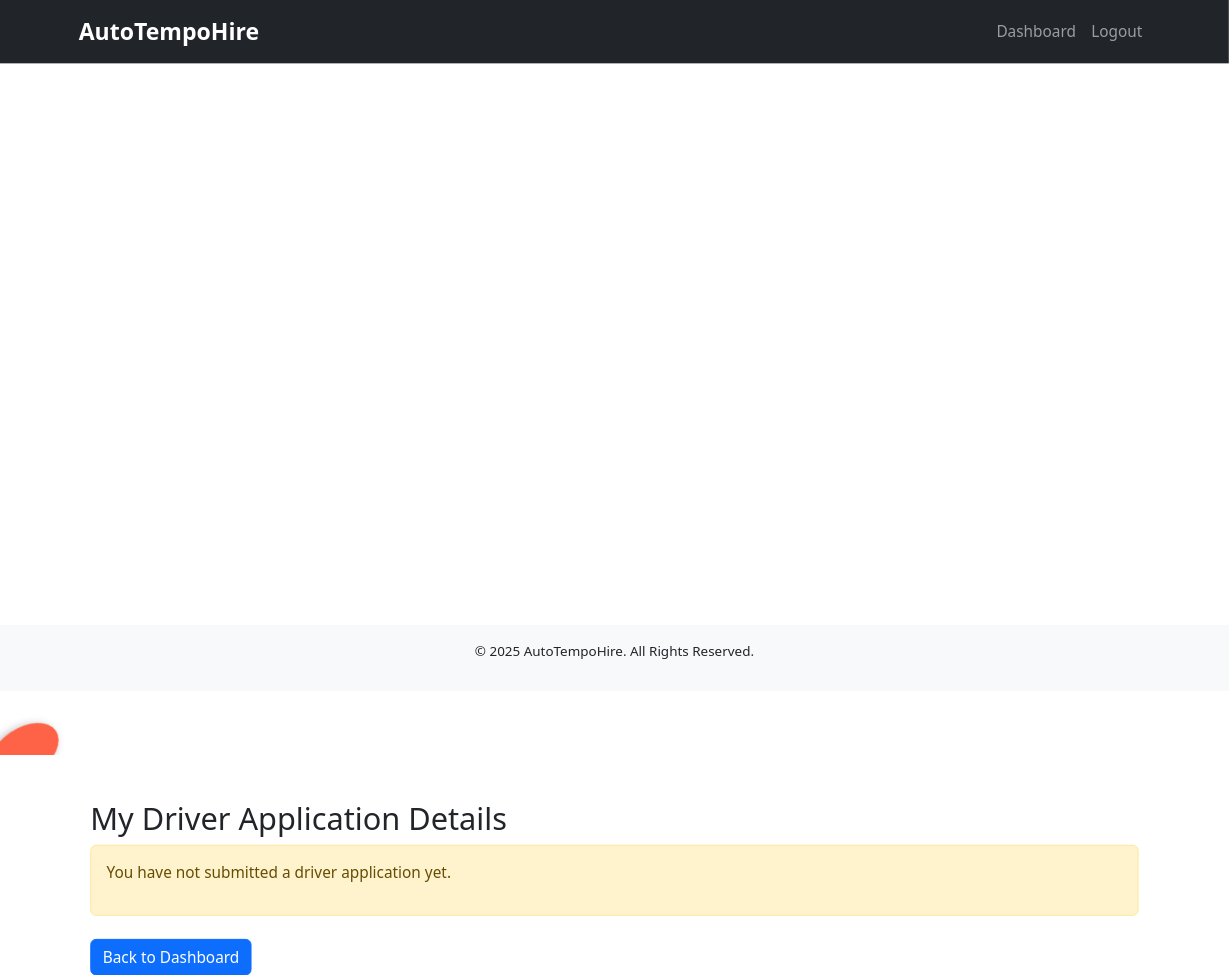
Repository: Wuda2000/AI-TEMPORARY-DRIVER-HIRE
Page: auth_app/templates/auth_app/view_driver_application.html
The author's editor kept a copy of each file at every save. The page is drawn from the files as they stood at one save, then again after the next save.
The browser window is 1280 px wide. The pictures show the whole page, at 96% of full size.
The template is drawn by Django 5.2. The application's start-up code is not run. Other server files are loaded and not shown. The template is opened directly, without the code that normally fills it, so the values that code supplies are empty.

Above is the page before, as saved 2025-04-01 15:11:31.

### auth_app/templates/auth_app/view_driver_application.html
{% extends "auth_app/base.html" %}
{% block content %}
<div class="container mt-5">
    <h2>My Driver Application Details</h2>

    {% if application %}
        <div class="card shadow-sm p-4 mt-4">
            <h4>Application Details</h4>
            <p><strong>First Name:</strong> {{ application.first_name }}</p>
            <p><strong>Surname:</strong> {{ application.surname }}</p>
            <p><strong>Age:</strong> {{ application.age }}</p>
{% load static %}
<p><strong>Years of Experience:</strong> {{ application.experience_years }}</p>

            <h4>Uploaded Documents:</h4>
            <ul>
                <li><strong>KCSE Certificate:</strong> <a href="{{ application.kcse_certificate.url }}" target="_blank" rel="noopener noreferrer">View File</a></li>
                <li><strong>Certificate of Good Conduct:</strong> <a href="{{ application.good_conduct.url }}" target="_blank" rel="noopener noreferrer">View File</a></li>
                <li><strong>Driver License Number:</strong> <a href="{{ application.license_number }} "target="_blank" rel="noopener noreferrer">View File</a></li>
                <li><strong>Cover Letter: </strong> <a href="{{ application.cover_letter.url }}" target="_blank" rel="noopener noreferrer">View File</a></li>
                <li><strong>CV:</strong> <a href="{{ application.cv.url }}" target="_blank" rel="noopener noreferrer">View File</a></li>
            </ul>
        </div>
    {% else %}
        <div class="alert alert-warning">
            <p>You have not submitted a driver application yet.</p>
        </div>
    {% endif %}

    <div class="mt-4">
        <a href="{% url 'dashboard' %}" class="btn btn-primary">Back to Dashboard</a>
    </div>
</div>

{% if application %}
    <h4>Application Status: <strong>{{ application.status }}</strong></h4>
    {% if application.status == "Pending" %}
        <p class="text-warning">Your application is under review.</p>
    {% elif application.status == "Approved" %}
        <p class="text-success">Congratulations! You are now a verified driver.</p>
    {% else %}
        <p class="text-danger">Your application was rejected. Contact support for details.</p>
    {% endif %}
{% endif %}

{% endblock %}

### auth_app/templates/auth_app/base.html
<!DOCTYPE html>
<html lang="en">
<head>
    <meta charset="UTF-8">
    <meta name="viewport" content="width=device-width, initial-scale=1.0">
    <title>AutoTempoHire</title>
    <link rel="stylesheet" href="https://cdn.jsdelivr.net/npm/bootstrap@5.3.0/dist/css/bootstrap.min.css">
    <style>
        /* Navbar Styling */
        .navbar {
            min-height: 56px;
            padding: 10px 20px;
        }

        .navbar-brand {
            font-size: 1.5rem;
            font-weight: bold;
        }

        .nav-link {
            font-size: 1rem;
            transition: color 0.3s ease-in-out;
        }

        .nav-link:hover {
            color: #f8f9fa !important;
        }

        .active {
            font-weight: bold;
            color: #f8f9fa !important;
        }

        /* Footer */
        footer {
            background: #f8f9fa;
            padding: 10px;
            text-align: center;
            font-size: 14px;
            margin-top: 50px;
            position: fixed;
            bottom: 0;
            width: 100%;
        }

        /* Balloon Effect */
        .balloon {
            position: absolute;
            bottom: -150px;
            animation: rise 15s ease-in infinite;
            width: 50px;
            height: 80px;
            border-radius: 50%;
            box-shadow: 0 4px 10px rgba(0, 0, 0, 0.3);
        }

        .balloon::before {
            content: '';
            position: absolute;
            bottom: -10px;
            left: 50%;
            transform: translateX(-50%);
            width: 2px;
            height: 20px;
            background-color: #000;
        }

        /* Animation for rising balloons */
        @keyframes rise {
            0% {
                transform: translateX(0) rotate(0deg);
            }
            100% {
                transform: translateY(-100vh) rotate(360deg);
            }
        }

        /* Different colors for balloons */
        .balloon-1 { background-color: #ff6347; animation-delay: 0s; }
        .balloon-2 { background-color: #ffeb3b; animation-delay: 2s; }
        .balloon-3 { background-color: #32cd32; animation-delay: 4s; }
        .balloon-4 { background-color: #1e90ff; animation-delay: 6s; }
        .balloon-5 { background-color: #8a2be2; animation-delay: 8s; }
        .balloon-6 { background-color: #ff1493; animation-delay: 10s; }
        .balloon-7 { background-color: #f0e68c; animation-delay: 12s; }

        /* Container for balloons */
        .balloon-container {
            position: relative;
            height: 100vh;
            overflow: hidden;
        }
    </style>
</head>
<body>
    <nav class="navbar navbar-expand-lg navbar-dark bg-dark">
        <div class="container">
            <a class="navbar-brand" href="{% url 'dashboard' %}">AutoTempoHire</a>
            <button class="navbar-toggler" type="button" data-bs-toggle="collapse" data-bs-target="#navbarNav" aria-controls="navbarNav" aria-expanded="false" aria-label="Toggle navigation">
                <span class="navbar-toggler-icon"></span>
            </button>
            <div class="collapse navbar-collapse" id="navbarNav">
                <ul class="navbar-nav ms-auto">
                    <li class="nav-item">
                        <a class="nav-link {% if request.path == '/' %}active{% endif %}" href="{% url 'dashboard' %}">Dashboard</a>
                    </li>
                    <li class="nav-item">
                        <a class="nav-link {% if request.path == '/logout/' %}active{% endif %}" href="{% url 'logout' %}">Logout</a>
                    </li>
                </ul>
            </div>
        </div>
    </nav>

    <!-- Balloon Container -->
    <div class="balloon-container">
        <div class="balloon balloon-1"></div>
        <div class="balloon balloon-2"></div>
        <div class="balloon balloon-3"></div>
        <div class="balloon balloon-4"></div>
        <div class="balloon balloon-5"></div>
        <div class="balloon balloon-6"></div>
        <div class="balloon balloon-7"></div>
    </div>

    <div class="container mt-4">
        {% block content %}
        <!-- Page-specific content will go here -->
        {% endblock %}
    </div>

    <footer class="text-center mt-5 py-3 bg-light">
        <p>&copy; 2025 AutoTempoHire. All Rights Reserved.</p>
    </footer>

    <script src="https://cdn.jsdelivr.net/npm/bootstrap@5.3.0/dist/js/bootstrap.bundle.min.js"></script>
</body>
</html>

After the next save:
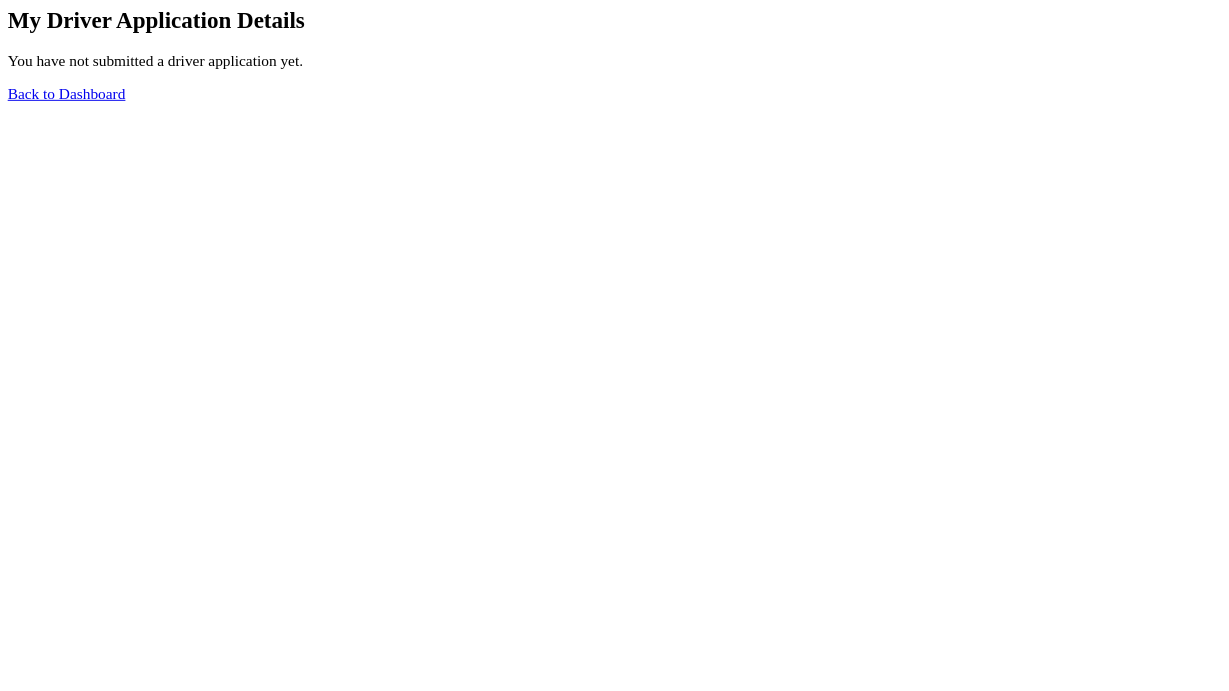
Saved 37 s later.
--- a/auth_app/templates/auth_app/view_driver_application.html
+++ b/auth_app/templates/auth_app/view_driver_application.html
@@ -1,4 +1,4 @@
-{% extends "auth_app/base.html" %}
+
 {% block content %}
 <div class="container mt-5">
     <h2>My Driver Application Details</h2>
